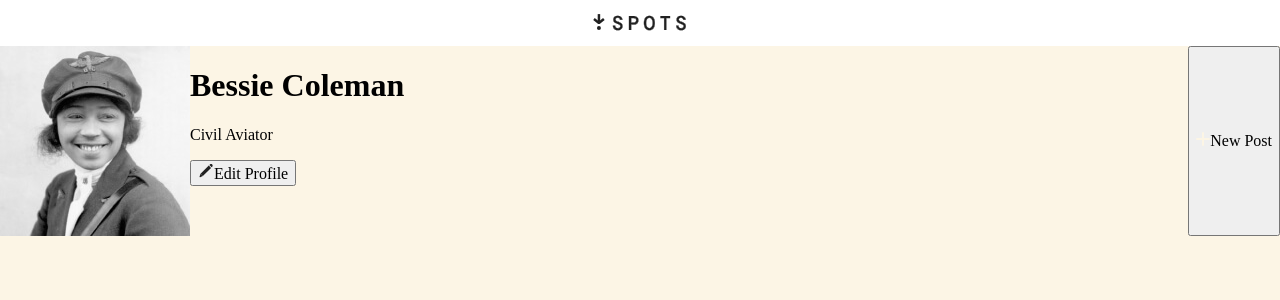
Repository: riffey55/se_project_spots
Page: index.html
An editor plug-in stored every save of this project. The page is shown before and after the next save, followed by the edit.
The browser window is 1280 px wide. The pictures show the whole page.

Above is the page before, as saved 2025-05-19 17:01:14.

### index.html
<!DOCTYPE html>
<html lang="en">
  <head>
    <meta charset="UTF-8" />
    <meta name="viewport" content="width=device-width, initial-scale=1.0" />
    <meta name="description" content="????" />
    <meta name="author" content="Beren Riffey" />
    <meta name="keywords" content="HTML, CSS. ??" />
    <link rel="stylesheet" href="./pages/index.css" />
    <link rel="icon" type="image/x-icon" href="favicon.ico" />
    <title>Spots</title>
  </head>
  <body>
    <div class="page">
      <header class="header">
        <img src="./images/Logo.svg" alt="Spot logo" class="header__logo" />
      </header>
      <main class="content">
        <section class="profile page__section">
          <img
            src="./images/avatar.jpg"
            alt="Bessie Coleman avatar"
            class="profile__avatar"
          />
          <div class="profile__column">
            <h1 class="profile__name">Bessie Coleman</h1>
            <p class="profile__description">Civil Aviator</p>
            <button class="profile__edit-btn">
              <img src="./images/pencil.svg" alt="Pencil icon" />Edit Profile
            </button>
          </div>
          <button class="profile__add-btn">
            <img src="./images/plus.svg" alt="Plus icon" class="" />New Post
          </button>
        </section>
      </main>
      <footer class="footer"></footer>
    </div>
  </body>
</html>

### pages/index.css
@import url(..vendor/normalize.css);
@import url(../blocks/page.css);
@import url(../blocks/header.css);
@import url(../blocks/profile.css);

### blocks/page.css
.page {
  background-color: #fcf5e5;
  min-height: 100vh;
}

.page__section {
  margin: 0 auto;
  max-width: 1280px;
}

### blocks/profile.css
.profile {
  display: flex;
}

.profile__add-btn {
  margin-left: auto;
}

Loaded but not shown: vendor/normalize.css (library); blocks/header.css (common file)

After the next save:
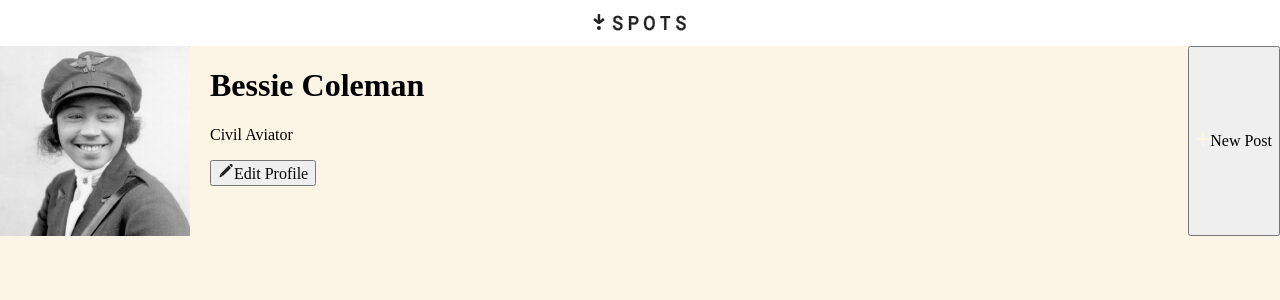
Saved 2 min 0 s later.
--- a/blocks/profile.css
+++ b/blocks/profile.css
@@ -1,7 +1,9 @@
 .profile {
   display: flex;
 }
-
+.profile__avatar {
+  margin-right: 20px;
+}
 .profile__add-btn {
   margin-left: auto;
 }
